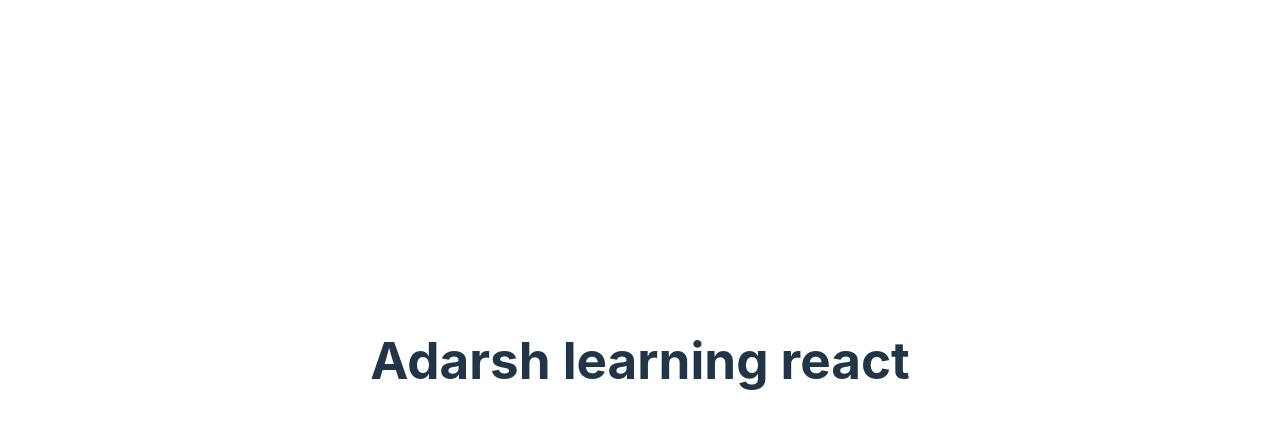
Repository: Adarshjeet0/ReactJs
Page: / (app in customReact/Counter/)
These files come from the project's save history. The page is drawn as it stood at one moment and after the next save; the edit follows.
The browser window is 1280 px wide. The pictures show the whole page.
The project was rebuilt for these pictures with package versions that can differ from the ones it lists, and the page was loaded fresh each time. Also part of the build but not shown: customReact/Counter/vite.config.js.

Above is the page before, as saved 2024-11-30 18:40:30.

### customReact/Counter/src/App.jsx
import { useState } from 'react'
import reactLogo from './assets/react.svg'
import viteLogo from '/vite.svg'
import './App.css'

function App() {
  const [count, setCount] = useState(0)

  return (
    <>

      <h1>Adarsh learning react</h1>

    </>
  )
}

export default App

Loaded but not shown: customReact/Counter/index.html (common file); customReact/Counter/src/main.jsx (common file); customReact/Counter/src/index.css (common file); customReact/Counter/src/App.css (common file)

After the next save:
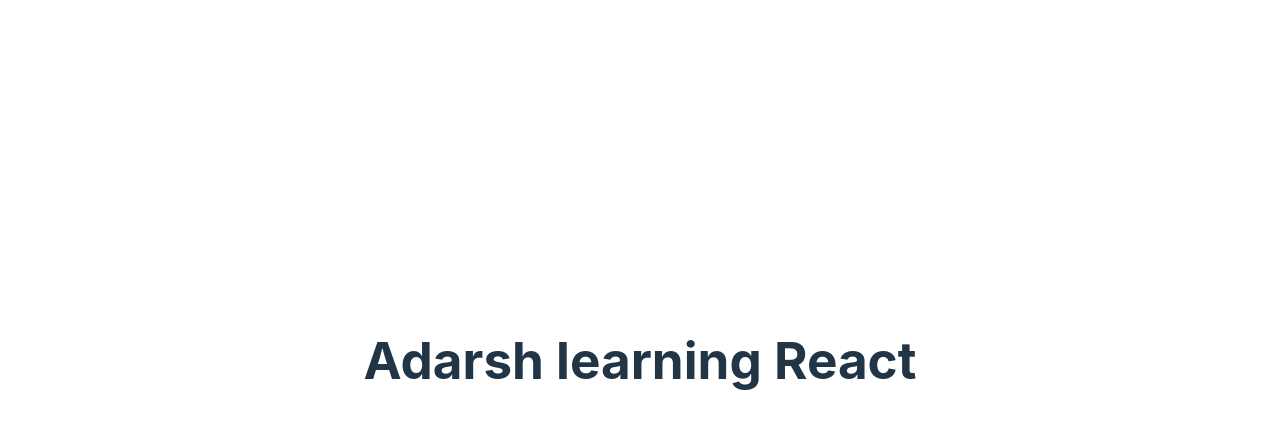
Saved 4 s later.
--- a/customReact/Counter/src/App.jsx
+++ b/customReact/Counter/src/App.jsx
@@ -9,7 +9,7 @@
   return (
     <>
 
-      <h1>Adarsh learning react</h1>
+      <h1>Adarsh learning React</h1>
 
     </>
   )
